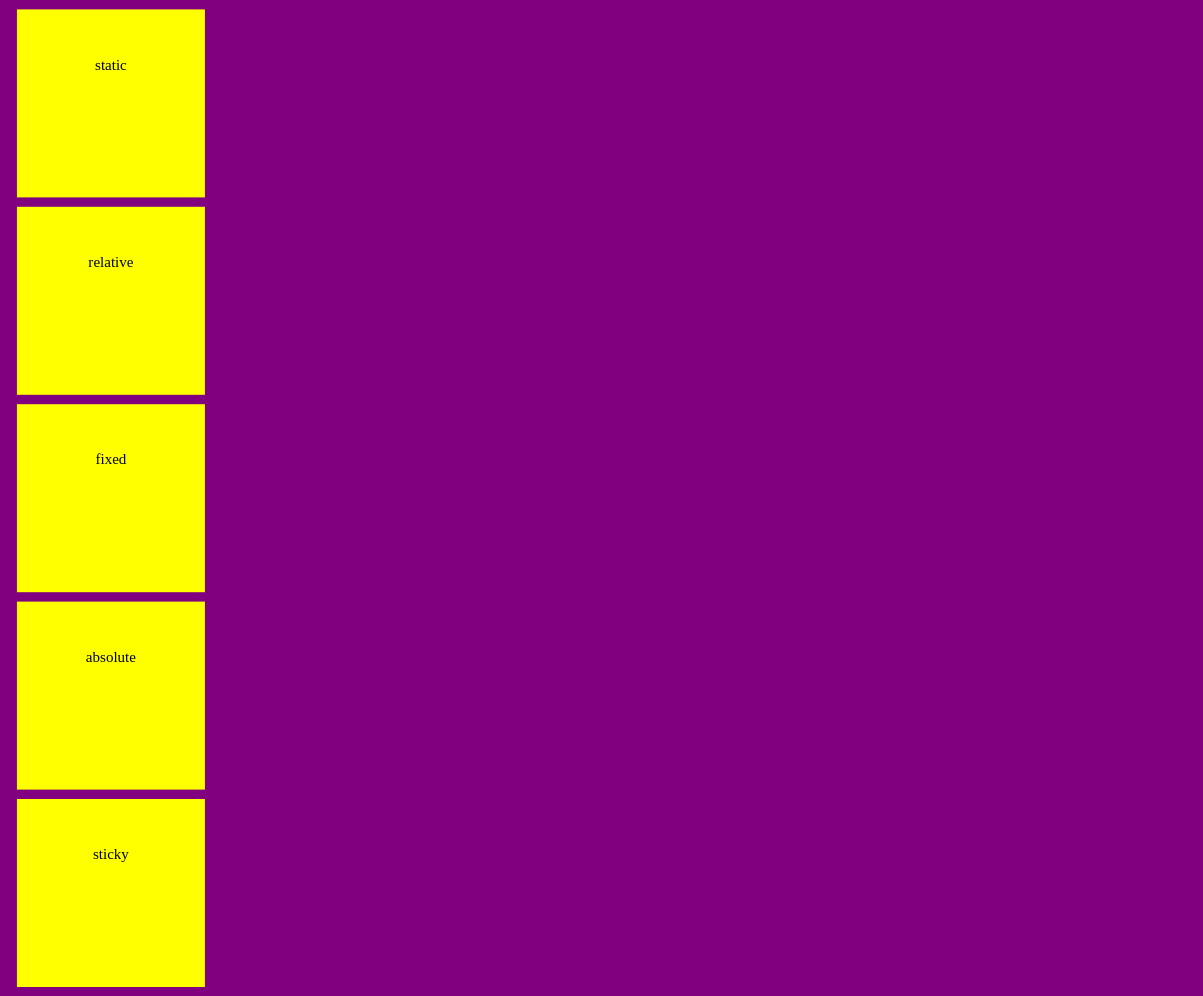
Repository: quenrythane/homepage
Page: CSS positions/CSS-positions.html
The author's editor kept a copy of each file at every save. The page is drawn from the files as they stood at one save, then again after the next save.
The browser window is 1280 px wide. The pictures show the whole page, at 94% of full size.

Above is the page before, as saved 2020-10-10 14:12:18.

After the next save:
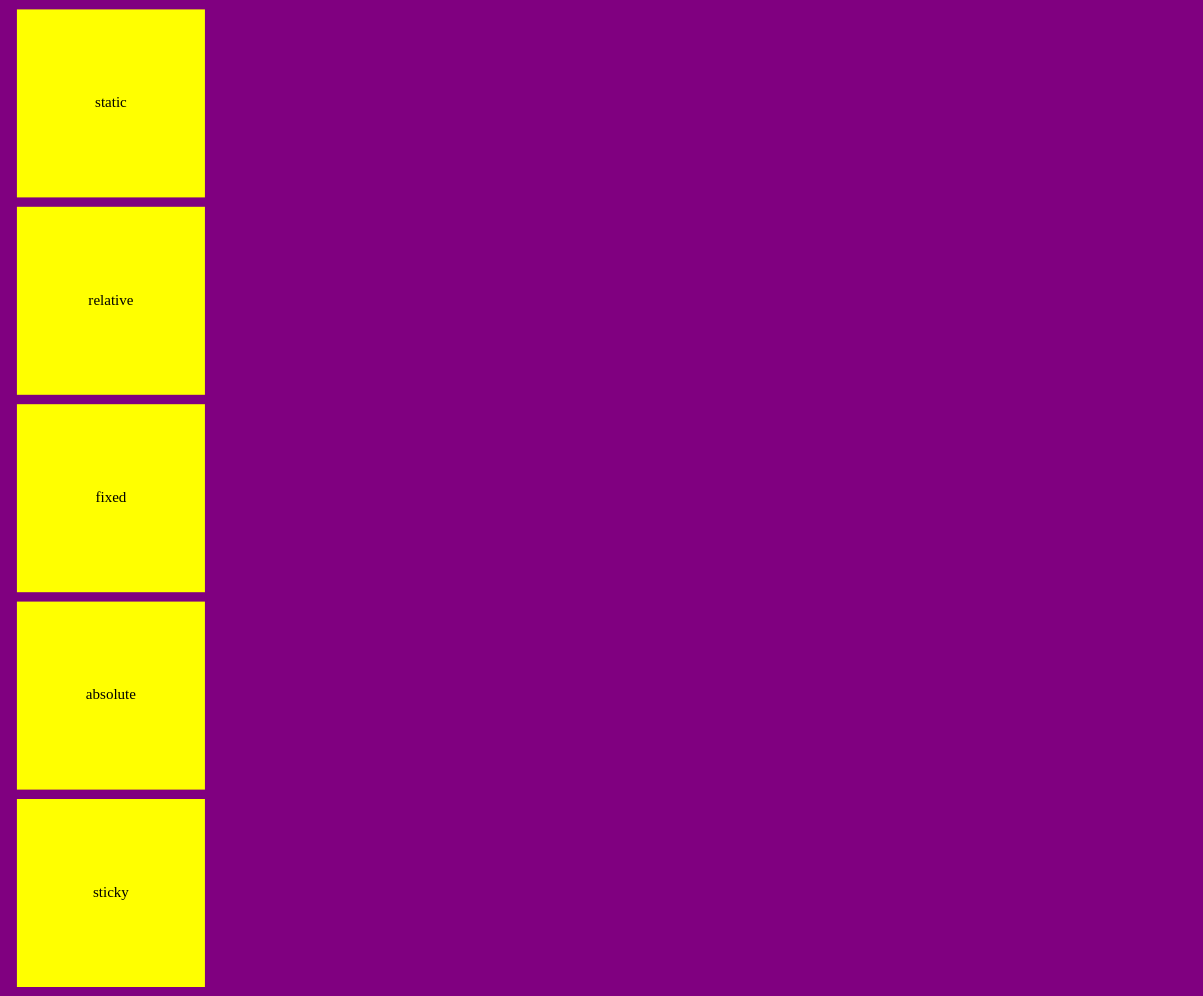
Saved 7 s later.
--- a/CSS positions/CSS-positions.css
+++ b/CSS positions/CSS-positions.css
@@ -10,5 +10,5 @@
     margin: 10px ;
     vertical-align: center;
     text-align: center;
-    padding-top: 50px;
+    padding-top: 90px;
 }
